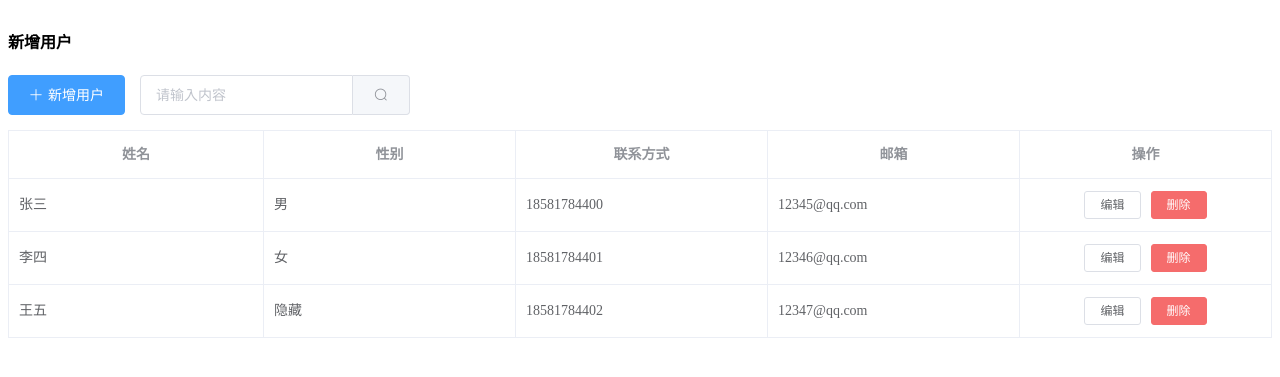
Repository: xinwuhao/New-user
Page: /
The author's editor kept a copy of each file at every save. The page is drawn from the files as they stood at one save, then again after a run of saves.
The browser window is 1280 px wide. The pictures show the whole page.
The project was rebuilt for these pictures with package versions that can differ from the ones it lists, and the page was loaded fresh each time.

Above is the page before, as saved 2021-12-21 17:03:00.

After the next 3 saves:
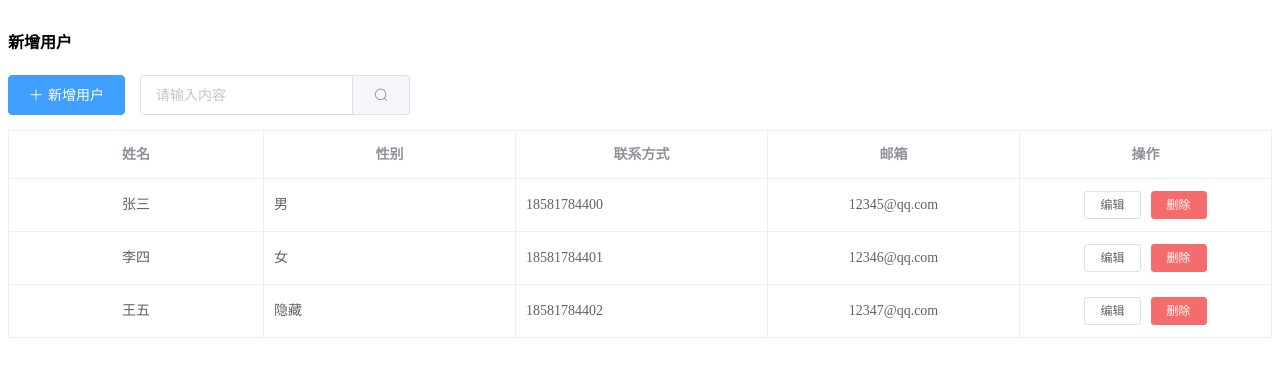
The 3 saves are shown as one change because they came seconds apart.
The last was saved 11 s later.
--- a/src/views/Home.vue
+++ b/src/views/Home.vue
@@ -26,10 +26,10 @@
       <!-- 用户列表 -->
       <div>
         <el-table :data="arr" border style="width: 100%" >
-          <el-table-column prop="name" label="姓名" header-align='center'> </el-table-column>
+          <el-table-column prop="name" label="姓名" align='center'> </el-table-column>
           <el-table-column prop="sex" label="性别" header-align='center'> </el-table-column>
           <el-table-column prop="contact" label="联系方式" header-align='center'> </el-table-column>
-          <el-table-column prop="mailbox" label="邮箱" header-align='center'> </el-table-column>
+          <el-table-column prop="mailbox" label="邮箱" align='center'> </el-table-column>
           <el-table-column label="操作" align='center'>
             <template slot-scope="scope">
               <el-button size="mini" @click="Edit(scope.$index, scope.row)"
